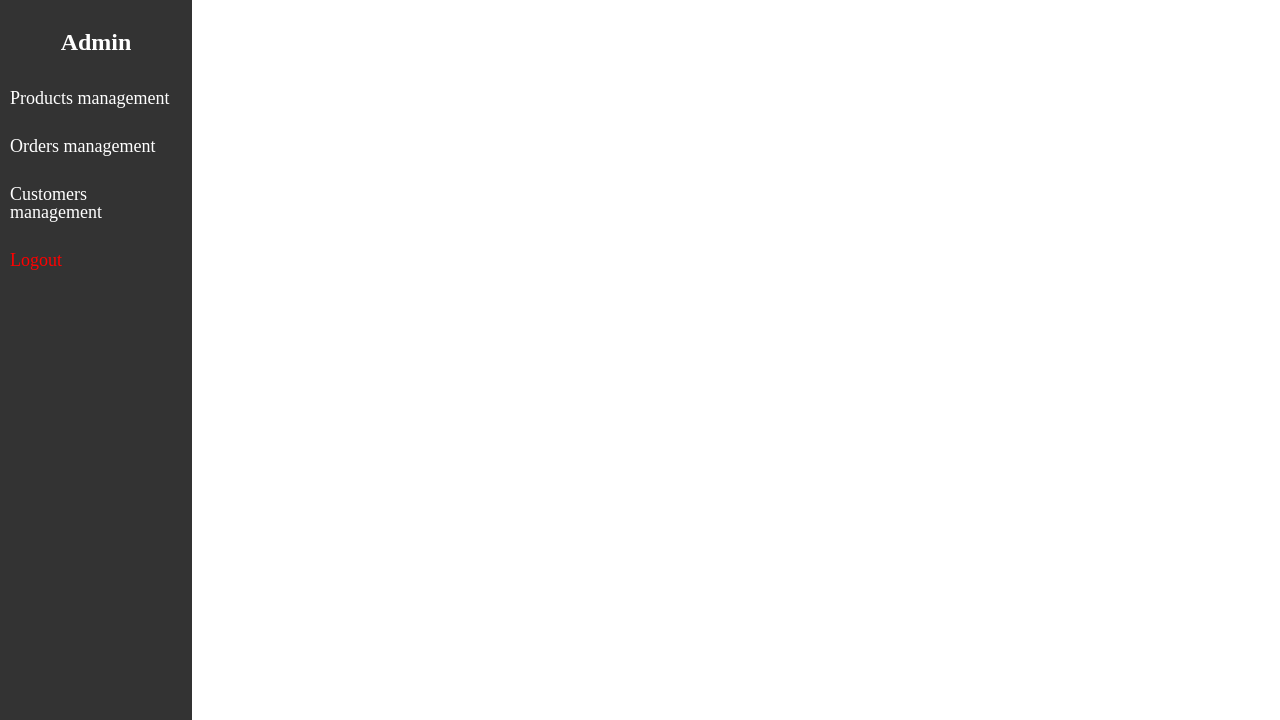
Repository: Trung0810/btl_cnpm_fe
Page: /admin
An editor plug-in stored every save of this project. The page is shown before and after the next save, followed by the edit.
The browser window is 1280 px wide. The pictures show the whole page.
Pictures or frames that could not be fetched are drawn as grey boxes. An inner scrolling area shows only its first screen. The project was rebuilt for these pictures with package versions that can differ from the ones it lists, and the page was loaded fresh each time. Also part of the build but not shown: src/components/header/header.css, src/components/header/Header.js, src/components/footer/Footer.css, src/components/footer/Footer.js, src/components/shoes_list/ShoesCard.css, src/components/shoes_list/ShoesCard.js, src/components/shoes_list/ShoesList.css, src/components/shoes_list/ShoesList.js and 53 more.

Above is the page before, as saved 2026-04-10 10:02:23.

### public/index.html
<!doctype html>
<html lang="en">
  <head>
    <meta charset="utf-8" />
    <link rel="icon" href="%PUBLIC_URL%/favicon.ico" />
    <meta name="viewport" content="width=device-width, initial-scale=1" />
    <meta name="theme-color" content="#000000" />
    <meta
      name="description"
      content="Web site created using create-react-app"
    />
    <link rel="apple-touch-icon" href="%PUBLIC_URL%/logo192.png" />
    <!--
      manifest.json provides metadata used when your web app is installed on a
      user's mobile device or desktop. See https://developers.google.com/web/fundamentals/web-app-manifest/
    -->
    <link rel="manifest" href="%PUBLIC_URL%/manifest.json" />
    <!--
      Notice the use of %PUBLIC_URL% in the tags above.
      It will be replaced with the URL of the `public` folder during the build.
      Only files inside the `public` folder can be referenced from the HTML.

      Unlike "/favicon.ico" or "favicon.ico", "%PUBLIC_URL%/favicon.ico" will
      work correctly both with client-side routing and a non-root public URL.
      Learn how to configure a non-root public URL by running `npm run build`.
    -->
    <link rel="preconnect" href="https://fonts.googleapis.com" />
    <link rel="preconnect" href="https://fonts.gstatic.com" crossorigin />
    <link
      href="https://fonts.googleapis.com/css2?family=DM+Sans:ital,opsz,wght@0,9..40,100..1000;1,9..40,100..1000&family=Oswald:wght@200..700&display=swap"
      rel="stylesheet"
    />
    <title>React App</title>
  </head>
  <body>
    <noscript>You need to enable JavaScript to run this app.</noscript>
    <div id="root"></div>
    <!--
      This HTML file is a template.
      If you open it directly in the browser, you will see an empty page.

      You can add webfonts, meta tags, or analytics to this file.
      The build step will place the bundled scripts into the <body> tag.

      To begin the development, run `npm start` or `yarn start`.
      To create a production bundle, use `npm run build` or `yarn build`.
    -->
  </body>
</html>

### src/index.js
import React from "react";
import ReactDOM from "react-dom/client";
import App from "./App";
import reportWebVitals from "./reportWebVitals";
import { InforProvider } from "./components/infor_provider/InforProvider";
import "./index.css";
import "./reset.css";
import "@fortawesome/fontawesome-free/css/all.min.css";

const root = ReactDOM.createRoot(document.getElementById("root"));
root.render(
  <React.StrictMode>
    <InforProvider>
      <App />
    </InforProvider>
  </React.StrictMode>,
);

// If you want to start measuring performance in your app, pass a function
// to log results (for example: reportWebVitals(console.log))
// or send to an analytics endpoint. Learn more: https://bit.ly/CRA-vitals
reportWebVitals();

### src/App.js
import { Fragment } from "react";
import { BrowserRouter as Router, Routes, Route } from "react-router-dom";
import Header from "./components/header/Header";
import Footer from "./components/footer/Footer";
import HomePage from "./components/home_page/HomePage";
import ShoesPage from "./components/shoes_page/ShoesPage";
import LoginForm from "./components/login_form/LoginForm";
import LoginPage from "./components/login_page/LoginPage";
import RegisterPage from "./components/register_page/RegisterPage";
import CartPage from "./components/cart_page/CartPage";
import AddToCartFormPopup from "./components/popup/AddToCartFormPopup";
import NoficationPopup from "./components/popup/NoficationPopup";
import DetailPage from "./components/detail_page/DetailPage";
import AdminPage from "./components/admin_page/AdminPage";
import ChoosenPopup from "./components/popup/ChoosenPopup";
import MainLayout from "./components/main_layout/MainLayout";
import "./App.css";
import AdminProduct from "./components/admin_product/AdminProduct";
import AdminOrder from "./components/admin_order/AdminOrder";
import AdminCustomer from "./components/admin_customer/AdminCustomer";

function App() {
  return (
    <Router>
      <Routes>
        <Route path="/" element={<MainLayout></MainLayout>}>
          <Route index element={<HomePage></HomePage>}></Route>
          <Route path="men" element={<ShoesPage></ShoesPage>}></Route>
          <Route path="women" element={<ShoesPage></ShoesPage>}></Route>
        </Route>
        <Route path="/register" element={<RegisterPage></RegisterPage>}></Route>
        <Route path="/login" element={<LoginPage></LoginPage>}></Route>
        <Route path="/cart" element={<CartPage></CartPage>}></Route>
        {/* <AddToCartFormPopup></AddToCartFormPopup> */}
        {/* <NoficationPopup></NoficationPopup> */}
        {/* <ChoosenPopup></ChoosenPopup> */}
        <Route path="/detail:id" element={<DetailPage></DetailPage>}></Route>
        <Route path="/admin" element={<AdminPage></AdminPage>}>
          <Route path="product" element={<AdminProduct></AdminProduct>}></Route>
          <Route path="order" element={<AdminOrder></AdminOrder>}></Route>
          <Route
            path="customer"
            element={<AdminCustomer></AdminCustomer>}
          ></Route>
        </Route>
      </Routes>
    </Router>
  );
}

export default App;

### src/components/infor_provider/InforProvider.js
import React, { createContext, useState } from "react";

const InforContext = createContext();

const InforProvider = (props) => {
  const [user, setUser] = useState(null);

  return (
    <InforContext.Provider
      value={{ user, setUser }}
      {...props}
    ></InforContext.Provider>
  );
};

export { InforContext, InforProvider };

### src/index.css
body {
  margin: 0;
  font-family:
    -apple-system, BlinkMacSystemFont, "Segoe UI", "Roboto", "Oxygen", "Ubuntu",
    "Cantarell", "Fira Sans", "Droid Sans", "Helvetica Neue", sans-serif;
  -webkit-font-smoothing: antialiased;
  -moz-osx-font-smoothing: grayscale;
  font-family: "DM Sans", sans-serif;
}
body::-webkit-scrollbar {
  display: none;
}
code {
  font-family:
    source-code-pro, Menlo, Monaco, Consolas, "Courier New", monospace;
}
* {
  box-sizing: border-box;
}

### src/components/admin_page/AdminPage.js
import React, { Fragment } from "react";
import AdminLayout from "../admin_layout/AdminLayout";

const AdminPage = () => {
  return (
    <Fragment>
      <AdminLayout></AdminLayout>
    </Fragment>
  );
};

export default AdminPage;

### src/components/admin_layout/AdminLayout.js
import React from "react";
import AdminSidebar from "../admin_sidebar/AdminSidebar";
import AdminProduct from "../admin_product/AdminProduct";
import AdminOrder from "../admin_order/AdminOrder";
import AdminCustomer from "../admin_customer/AdminCustomer";
import AdminAddProduct from "../admin_add_product/AdminAddProduct";
import AdminUpdateProduct from "../admin_update_product/AdminUpdateProduct";
import AdminUpdateOrder from "../admin_update_order/AdminUpdateOrder";
import AdminUpdateCustomer from "../admin_update_customer/AdminUpdateCustomer";
import { Outlet } from "react-router-dom";

const AdminLayout = () => {
  return (
    <div style={{ display: "flex" }}>
      <AdminSidebar></AdminSidebar>
      <Outlet></Outlet>
      {/* <AdminProduct></AdminProduct> */}
      {/* <AdminAddProduct></AdminAddProduct> */}
      {/* <AdminUpdateProduct></AdminUpdateProduct> */}
      {/* <AdminOrder></AdminOrder> */}
      {/* <AdminUpdateOrder></AdminUpdateOrder> */}
      {/* <AdminCustomer></AdminCustomer> */}
      {/* <AdminUpdateCustomer></AdminUpdateCustomer> */}
    </div>
  );
};

export default AdminLayout;

### src/components/admin_sidebar/AdminSidebar.js
import React from "react";
import { Link } from "react-router-dom";
import "./AdminSidebar.css";

const AdminSidebar = () => {
  return (
    <div className="admin-sidebar">
      <h2 className="admin-sidebar-title">Admin</h2>
      <ul className="admin-sidebar-menu">
        <Link to={"/admin/product"} className="admin-sidebar-item">
          Products management
        </Link>
        <Link className="admin-sidebar-item">Orders management</Link>
        <Link className="admin-sidebar-item">Customers management</Link>
        <Link className="admin-sidebar-item">Logout</Link>
      </ul>
    </div>
  );
};

export default AdminSidebar;

### src/components/admin_sidebar/AdminSidebar.css
.admin-sidebar {
  width: 15%;
  height: 100vh;
  background-color: #333333;
  color: #fff;
  padding: 30px 0;
}
.admin-sidebar-title {
  font-size: 24px;
  font-weight: bold;
  text-align: center;
  margin-bottom: 20px;
}
.admin-sidebar-item {
  display: block;
  color: #fff;
  text-decoration: none;
  font-size: 18px;
  padding: 15px 10px;
  cursor: pointer;
}
.admin-sidebar-item:hover {
  background-color: #888888;
}
.admin-sidebar-item:last-child {
  color: red;
}

### src/App.css
img {
  width: 100%;
  height: 100%;
  object-fit: fill;
}
input,
select {
  display: block;
  font-size: 16px;
  font-weight: 500;
  padding: 10px 20px;
  border: 2px solid #ccc;
  border-radius: 8px;
  outline: none;
}
input:focus {
  border-color: #20e3b4;
}
textarea {
  display: block;
  height: 100px;
  font-size: 16px;
  padding: 10px 20px;
  border: 2px solid #ccc;
  border-radius: 8px;
  resize: none;
  outline: none;
}
textarea::-webkit-scrollbar {
  display: none;
}
textarea:focus {
  border-color: #20e3b4;
}
button {
  display: block;
  width: 200px;
  padding: 10px 30px;
  font-size: 18px;
  font-weight: 500;
  border-radius: 8px;
  border: none;
  outline: none;
  cursor: pointer;
  box-shadow: 0 6px 0 0 #ccc;
  transition: all 0.25s linear;
}
button:active {
  box-shadow: 0 3px 0 0 #ccc;
  transform: translateY(3px);
}

### src/components/admin_product/AdminProduct.js
import React from "react";
import "./AdminProduct.css";

const AdminProduct = () => {
  return (
    <div className="admin-product">
      <div className="admin-product-wrapper">
        <h2 className="admin-product-title">Product Management</h2>
        <button className="admin-product-add">Add new Product</button>
        <table className="admin-product-table">
          <thead>
            <tr>
              <th>Product ID</th>
              <th>Product Name</th>
              <th>Product Brand</th>
              <th>Product Image</th>
              <th>Product Description</th>
              <th>Product Cost</th>
              <th>Action</th>
            </tr>
          </thead>
          <tbody>
            <tr>
              <td>SP01</td>
              <td>Nike1</td>
              <td>Nike</td>
              <td>
                <img
                  src="https://images.unsplash.com/photo-1606107557195-0e29a4b5b4aa?q=80&w=764&auto=format&fit=crop&ixlib=rb-4.1.0&ixid=M3wxMjA3fDB8MHxwaG90by1wYWdlfHx8fGVufDB8fHx8fA%3D%3D"
                  alt="#"
                />
              </td>
              <td>
                Lorem ipsum dolor sit amet consectetur adipisicing elit. Nulla
                quo minus nostrum reiciendis assumenda, veniam facere laborum
                esse cupiditate deleniti labore illum, quis quos explicabo totam
                a quidem quod. Dolor!
              </td>
              <td>500000d</td>
              <td>
                <div>
                  <button className="admin-product-update">Update</button>
                  <button className="admin-product-delete">Delete</button>
                </div>
              </td>
            </tr>
            <tr>
              <td>SP01</td>
              <td>Nike1</td>
              <td>Nike</td>
              <td>
                <img
                  src="https://images.unsplash.com/photo-1606107557195-0e29a4b5b4aa?q=80&w=764&auto=format&fit=crop&ixlib=rb-4.1.0&ixid=M3wxMjA3fDB8MHxwaG90by1wYWdlfHx8fGVufDB8fHx8fA%3D%3D"
                  alt="#"
                />
              </td>
              <td>
                Lorem ipsum dolor sit amet consectetur adipisicing elit. Nulla
                quo minus nostrum reiciendis assumenda, veniam facere laborum
                esse cupiditate deleniti labore illum, quis quos explicabo totam
                a quidem quod. Dolor!
              </td>
              <td>500000d</td>
              <td>
                <div>
                  <button className="admin-product-update">Update</button>
                  <button className="admin-product-delete">Delete</button>
                </div>
              </td>
            </tr>
            <tr>
              <td>SP01</td>
              <td>Nike1</td>
              <td>Nike</td>
              <td>
                <img
                  src="https://images.unsplash.com/photo-1606107557195-0e29a4b5b4aa?q=80&w=764&auto=format&fit=crop&ixlib=rb-4.1.0&ixid=M3wxMjA3fDB8MHxwaG90by1wYWdlfHx8fGVufDB8fHx8fA%3D%3D"
                  alt="#"
                />
              </td>
              <td>
                Lorem ipsum dolor sit amet consectetur adipisicing elit. Nulla
                quo minus nostrum reiciendis assumenda, veniam facere laborum
                esse cupiditate deleniti labore illum, quis quos explicabo totam
                a quidem quod. Dolor!
              </td>
              <td>500000d</td>
              <td>
                <div>
                  <button className="admin-product-update">Update</button>
                  <button className="admin-product-delete">Delete</button>
                </div>
              </td>
            </tr>
            <tr>
              <td>SP01</td>
              <td>Nike1</td>
              <td>Nike</td>
              <td>
                <img
                  src="https://images.unsplash.com/photo-1606107557195-0e29a4b5b4aa?q=80&w=764&auto=format&fit=crop&ixlib=rb-4.1.0&ixid=M3wxMjA3fDB8MHxwaG90by1wYWdlfHx8fGVufDB8fHx8fA%3D%3D"
                  alt="#"
                />
              </td>
              <td>
                Lorem ipsum dolor sit amet consectetur adipisicing elit. Nulla
                quo minus nostrum reiciendis assumenda, veniam facere laborum
                esse cupiditate deleniti labore illum, quis quos explicabo totam
                a quidem quod. Dolor!
              </td>
              <td>500000d</td>
              <td>
                <div>
                  <button className="admin-product-update">Update</button>
                  <button className="admin-product-delete">Delete</button>
                </div>
              </td>
            </tr>
          </tbody>
        </table>
      </div>
    </div>
  );
};

export default AdminProduct;

### src/components/admin_product/AdminProduct.css
.admin-product {
  width: 85%;
  padding: 40px;
  user-select: none;
}
.admin-product-wrapper {
  width: 100%;
  height: 750px;
  padding: 20px;
  border-radius: 8px;
  overflow-y: scroll;
  box-shadow: 0 0 5px 5px #ccc;
}
.admin-product-wrapper::-webkit-scrollbar {
  display: none;
}
.admin-product-title {
  font-size: 40px;
  font-weight: bold;
  text-align: center;
  margin-bottom: 20px;
}
.admin-product-add {
  width: 200px;
  background-color: #20e3b4;
  color: #fff;
  margin-left: auto;
  margin-bottom: 30px;
}
.admin-product-table {
  width: 100%;
}
.admin-product-table th,
.admin-product-table td {
  text-align: center;
  vertical-align: middle;
  border: 1px solid #ccc;
}
.admin-product-table th {
  background-color: #20e3b4;
  color: #fff;
  font-size: 20px;
  font-weight: bold;
  padding: 10px 20px;
}
.admin-product-table td {
  min-height: 150px;
  font-size: 18px;
  padding: 20px;
}
.admin-product-table td div {
  display: flex;
  flex-direction: column;
  align-items: center;
  row-gap: 20px;
}
.admin-product-update {
  background-color: #20b3e4;
  color: #fff;
}
.admin-product-delete {
  background-color: #dc3545;
  color: #fff;
}

Loaded but not shown: src/reportWebVitals.js (common file); src/reset.css (common file)

After the next save:
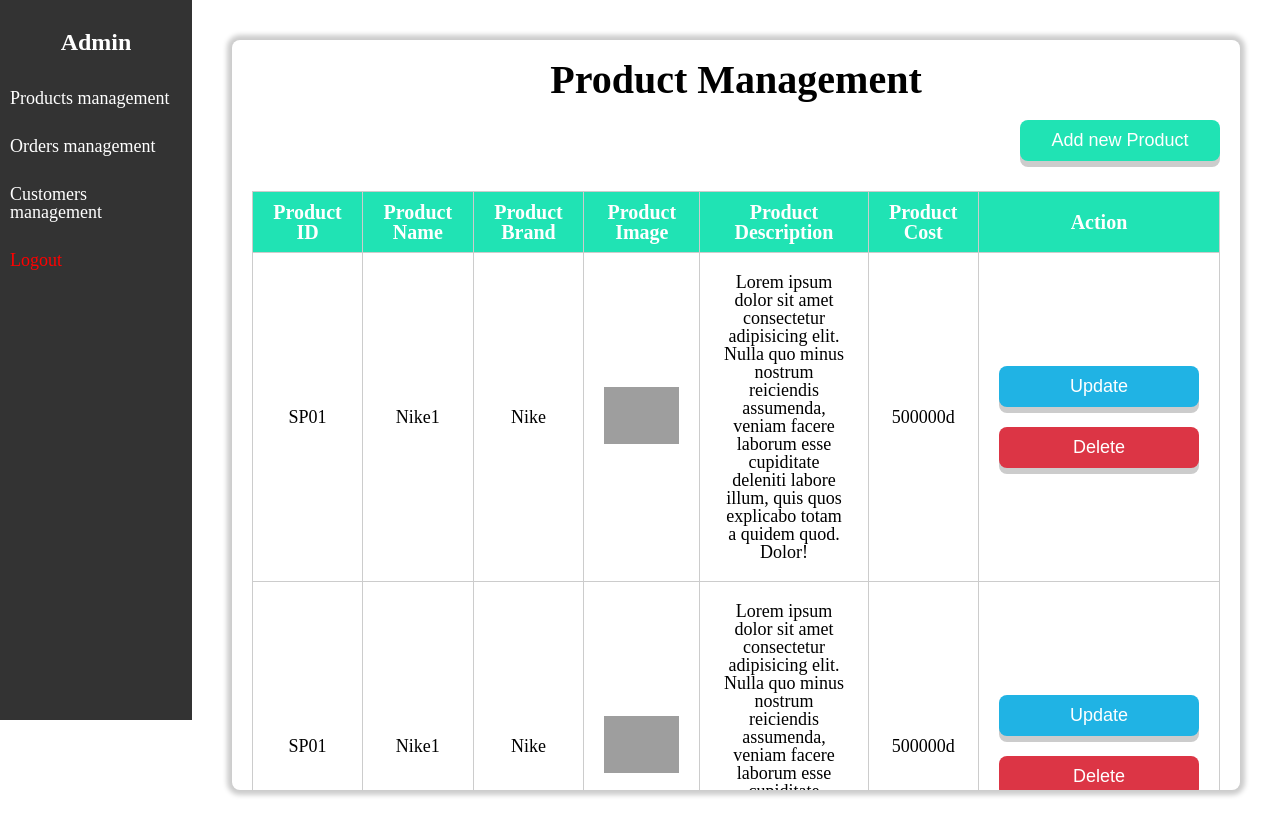
Saved 19 s later.
--- a/src/App.js
+++ b/src/App.js
@@ -36,6 +36,7 @@ function App() {
         {/* <ChoosenPopup></ChoosenPopup> */}
         <Route path="/detail:id" element={<DetailPage></DetailPage>}></Route>
         <Route path="/admin" element={<AdminPage></AdminPage>}>
+          <Route index element={<AdminProduct></AdminProduct>}></Route>
           <Route path="product" element={<AdminProduct></AdminProduct>}></Route>
           <Route path="order" element={<AdminOrder></AdminOrder>}></Route>
           <Route
